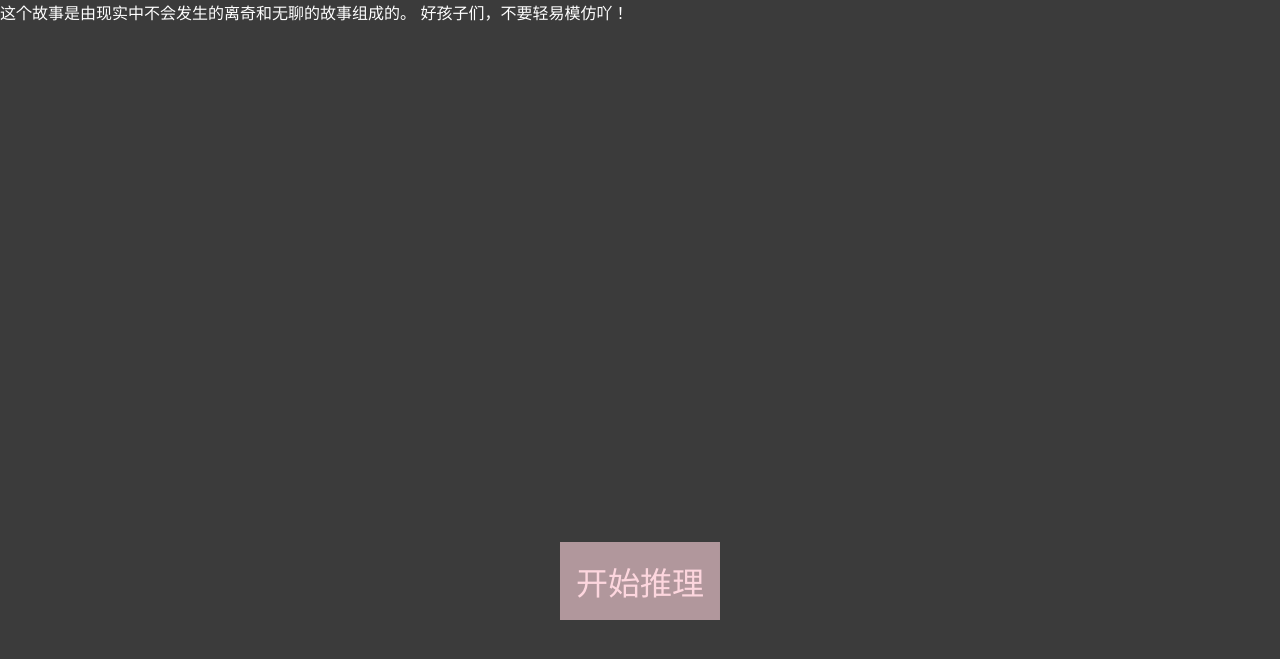
Repository: Jofali/reasoning-genius
Page: /
The author's editor kept a copy of each file at every save. The page is drawn from the files as they stood at one save, then again after the next save.
The browser window is 1280 px wide. The pictures show the whole page.
The project was rebuilt for these pictures with package versions that can differ from the ones it lists, and the page was loaded fresh each time. Also part of the build but not shown: src/part1/part1.css, src/part1/part1.js, src/part2/part2.css, src/part2/part2.js, src/title/title.css, src/title/title.js, src/inventory/inventory.css, src/inventory/inventory.js and 2 more.

Above is the page before, as saved 2019-05-22 17:36:09.

### public/index.html
<!DOCTYPE html>
<html lang="en">
  <head>
    <meta charset="utf-8" />
    <link rel="shortcut icon" href="%PUBLIC_URL%/favicon.ico" />
    <meta name="viewport" content="width=device-width, initial-scale=1" />
    <meta name="theme-color" content="#000000" />
    <!--
      manifest.json provides metadata used when your web app is installed on a
      user's mobile device or desktop. See https://developers.google.com/web/fundamentals/web-app-manifest/
    -->
    <link rel="manifest" href="%PUBLIC_URL%/manifest.json" />
    <!--
      Notice the use of %PUBLIC_URL% in the tags above.
      It will be replaced with the URL of the `public` folder during the build.
      Only files inside the `public` folder can be referenced from the HTML.

      Unlike "/favicon.ico" or "favicon.ico", "%PUBLIC_URL%/favicon.ico" will
      work correctly both with client-side routing and a non-root public URL.
      Learn how to configure a non-root public URL by running `npm run build`.
    -->
    <title>Reasoning Genius</title>
  </head>
  <body>
    <noscript>You need to enable JavaScript to run this app.</noscript>
    <div id="root"></div>
    <!--
      This HTML file is a template.
      If you open it directly in the browser, you will see an empty page.

      You can add webfonts, meta tags, or analytics to this file.
      The build step will place the bundled scripts into the <body> tag.

      To begin the development, run `npm start` or `yarn start`.
      To create a production bundle, use `npm run build` or `yarn build`.
    -->
  </body>
</html>

### src/index.css
body {
  margin: 0;
  font-family: -apple-system, BlinkMacSystemFont, "Segoe UI", "Roboto", "Oxygen",
    "Ubuntu", "Cantarell", "Fira Sans", "Droid Sans", "Helvetica Neue",
    sans-serif;
  -webkit-font-smoothing: antialiased;
  -moz-osx-font-smoothing: grayscale;
}

code {
  font-family: source-code-pro, Menlo, Monaco, Consolas, "Courier New",
    monospace;
}

#root {
  height: 100%;
}

*{
  padding: 0;
  margin: 0;
}

html,body {
  height: 100%;
}

.sw-enter {
  opacity: 0;
}
.sw-enter-active {
  opacity: 1;
  transform: translateX(0);
  transition: opacity 300ms, transform 300ms;
}
.sw-exit {
  opacity: 1;
}
.sw-exit-active {
  opacity: 0;
  transition: opacity 300ms, transform 300ms;
}

### src/App.js
import React, { Component } from 'react';
import { CSSTransition } from 'react-transition-group';

import Partwrap from './partwrap/partwrap';
import Begin from './begin/begin';

import './App.css';
import arrNext from './assets/arrnext.svg';

class App extends Component {
  constructor(props) {
    super(props);
    this.state = {
      content: <Begin />,
      arr: arrNext,
      arrStatus: "next",
      maxPartNum: 1,
      showPart: true
    };
    this.stepTo = this.stepTo.bind(this);
  }

  partNum = 0;
  timer = null;
  stepTo() {
    if(this.partNum === this.state.maxPartNum) {
      this.partNum = 0;
    } else {
      this.partNum += 1;
    }

    this.setshow(false);
    if(this.timer !== null) {
      clearTimeout(this.timer);
    }
    this.timer = setTimeout( () => {
      switch(this.partNum)
      {
        case 0:
          this.setState({ content: <Begin /> })
          this.setState({ arrStatus: "next" });
          break;
        case 1:
          this.setState({ content: <Partwrap /> })
          this.setState({ arrStatus: "prev" })
          break;
        default:
          this.setState({ content: <Begin /> })
      }
      this.setshow(true);
    }, 300);

  }

  setshow(bool) {
    this.setState({ showPart: bool })
  }

  componentDidMount() {

  }

  render() {
    return (
        <div className="App">
          <CSSTransition
              in={this.state.showPart}
              timeout={300}
              classNames="sw"
              unmountOnExit
            >
              { this.state.content }
          </CSSTransition>
          <button className="btn-begin" onClick={this.stepTo}>开始推理</button>
        </div>
    );
  }
}

export default App;

### src/begin/begin.js
import React from 'react';

import './begin.css';
function Title() {
  return (
      <div className="begin">
        <div className="begin-content-wrap">
          这个故事是由现实中不会发生的离奇和无聊的故事组成的。
          好孩子们，不要轻易模仿吖！
        </div>
      </div>
  );
}

export default Title;

### src/App.css
.App {
  width: 100%;
  height: 100%;
  background: rgb(253,214,222);
  position: relative;
}

.App img {
  width: 100%;
}

.btn-begin {
  position:absolute;
  bottom: 100px;
  left: 50%;
  background: rgb(177, 151, 156);
  border: none;
  padding: 1rem;
  font-size: 2rem;
  transform: translateX(-50%);
  color: rgb(253,214,222);
}

### src/begin/begin.css
.begin {
  width: 100%;
  height: 100%;
  background: rgb(59, 59, 59);
  color: #fff;
}

Loaded but not shown: src/index.js (common file); src/serviceWorker.js (common file)

After the next save:
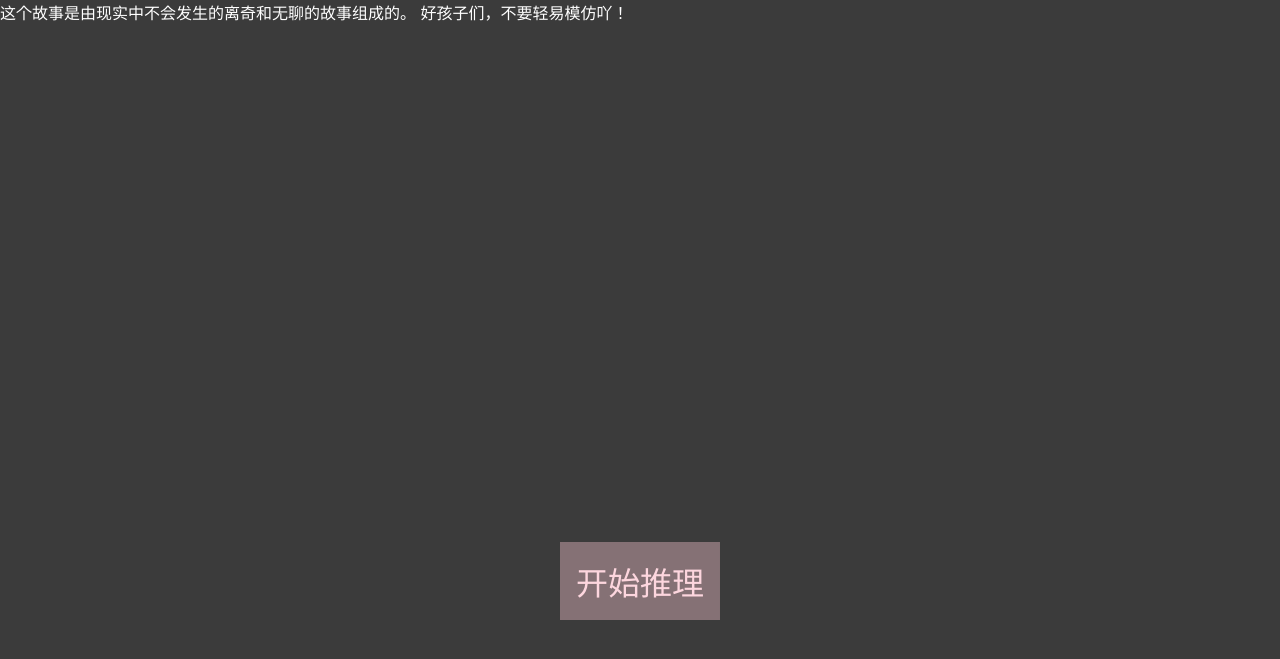
Saved 11 s later.
--- a/src/App.css
+++ b/src/App.css
@@ -13,7 +13,7 @@
   position:absolute;
   bottom: 100px;
   left: 50%;
-  background: rgb(177, 151, 156);
+  background: rgb(133, 113, 117);
   border: none;
   padding: 1rem;
   font-size: 2rem;
